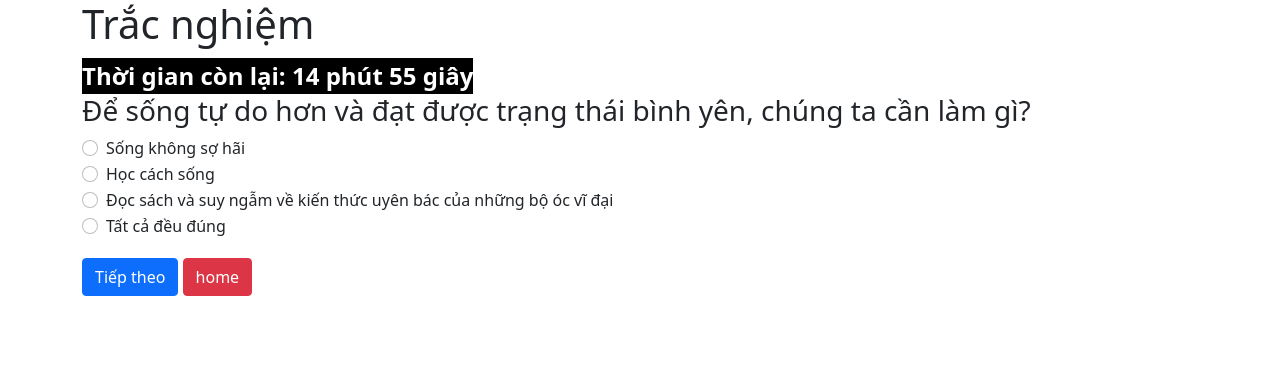
Repository: tran-thien-nhan/quiz_tlln
Page: daily_stoic_quiz.html
These files come from the project's save history. The page is drawn as it stood at one moment and after the next save; the edit follows.
The browser window is 1280 px wide. The pictures show the whole page.

Above is the page before, as saved 2023-06-25 18:47:51.

### daily_stoic_quiz.html
<!DOCTYPE html>
<html lang="en">

<head>
    <meta charset="UTF-8">
    <meta name="viewport" content="width=device-width, initial-scale=1.0">
    <title>Trắc nghiệm</title>
    <link rel="stylesheet" href="https://cdnjs.cloudflare.com/ajax/libs/bootstrap/5.0.2/css/bootstrap.min.css">
    <style>
        .question {
            margin-bottom: 20px;
        }
    </style>
</head>

<body>
    <div class="container">
        <h1>Trắc nghiệm</h1>
        <div id="timeclock"></div>
        <div class="question" id="questionContainer">
            <h3 id="question"></h3>
            <div class="form-check">
                <input class="form-check-input" type="radio" name="answer" id="answer1">
                <label class="form-check-label" for="answer1" id="answerText1"></label>
            </div>
            <div class="form-check">
                <input class="form-check-input" type="radio" name="answer" id="answer2">
                <label class="form-check-label" for="answer2" id="answerText2"></label>
            </div>
            <div class="form-check">
                <input class="form-check-input" type="radio" name="answer" id="answer3">
                <label class="form-check-label" for="answer3" id="answerText3"></label>
            </div>
            <div class="form-check">
                <input class="form-check-input" type="radio" name="answer" id="answer4">
                <label class="form-check-label" for="answer4" id="answerText4"></label>
            </div>
            <span id="result"></span>
        </div>

        <button class="btn btn-primary" id="nextButton">Tiếp theo</button>
        <a href="index.html" class="btn btn-danger" id="home">home</a>
        <span id="score"></span>
    </div>

    <!-- Modal -->
    <div class="modal fade" id="myModal" tabindex="-1" aria-labelledby="exampleModalLabel" aria-hidden="true">
        <div class="modal-dialog">
            <div class="modal-content">
                <div class="modal-header">
                    <h5 class="modal-title" id="exampleModalLabel">Thông báo</h5>
                    <button type="button" class="btn-close" data-bs-dismiss="modal" aria-label="Close"></button>
                </div>
                <div class="modal-body">
                    Bạn có 15 phút để làm trắc nghiệm.
                </div>
            </div>
        </div>
    </div>

    <script src="https://cdnjs.cloudflare.com/ajax/libs/bootstrap/5.0.2/js/bootstrap.bundle.min.js"></script>
    <script>
        // Đọc câu hỏi từ tệp JSON
        fetch("quest_lib.json")
            .then(response => response.json())
            .then(data => {
                const questions = data.questions;

                // Lấy ngẫu nhiên 20 câu hỏi
                const randomQuestions = getRandomElements(questions, 3);

                let currentQuestionIndex = 0;
                let score = 0;
                let timeRemaining = 900; // 15 phút * 60 giây = 900 giây

                const questionContainer = document.getElementById("questionContainer");
                const questionElement = document.getElementById("question");
                const answerTextElements = [
                    document.getElementById("answerText1"),
                    document.getElementById("answerText2"),
                    document.getElementById("answerText3"),
                    document.getElementById("answerText4")
                ];
                const resultElement = document.getElementById("result");
                const nextButton = document.getElementById("nextButton");
                const scoreElement = document.getElementById("score");

                // Cập nhật câu hỏi và câu trả lời
                function updateQuestion() {
                    const question = randomQuestions[currentQuestionIndex];
                    questionElement.textContent = question.question;
                    resultElement.textContent = "";

                    for (let i = 0; i < answerTextElements.length; i++) {
                        answerTextElements[i].textContent = question.choices[i];
                    }
                }

                // Kiểm tra câu trả lời
                function checkAnswer() {
                    const question = randomQuestions[currentQuestionIndex];
                    const selectedAnswer = document.querySelector('input[name="answer"]:checked');

                    if (selectedAnswer) {
                        const selectedAnswerText = selectedAnswer.nextElementSibling.textContent;

                        if (selectedAnswerText === question.correctAnswer) {
                            score += 1;
                            resultElement.textContent = "Đúng";
                            resultElement.style.color = "green";
                        } else {
                            resultElement.textContent = "Sai";
                            resultElement.style.color = "red";
                        }

                        setTimeout(() => {
                            currentQuestionIndex++;

                            if (currentQuestionIndex < randomQuestions.length) {
                                updateQuestion();
                                selectedAnswer.checked = false;
                                nextButton.disabled = true;
                                setTimeout(() => {
                                    nextButton.disabled = false;
                                }, 200);
                            } else {
                                clearInterval(timerInterval);
                                questionContainer.style.display = "none";
                                nextButton.style.display = "none";
                                const finalScore = (score / randomQuestions.length) * 10;
                                scoreElement.textContent = `Tổng điểm: ${finalScore.toFixed(1)}`;
                                scoreElement.style.display = "block";
                                scoreElement.style.fontWeight = "bold";
                                scoreElement.style.color = "red";
                                scoreElement.style.fontSize = "2rem";

                                if (timeRemaining === 0) {
                                    questionContainer.style.display = "none";
                                    nextButton.style.display = "none";
                                } else {
                                    questionContainer.style.display = "none";
                                    nextButton.style.display = "none";
                                    const minutes = Math.floor((15 * 60 - timeRemaining) / 60);
                                    const seconds = (15 * 60 - timeRemaining) % 60;
                                    timerElement.textContent = `Bạn đã làm xong trong: ${minutes} phút ${seconds} giây`;
                                }
                            }
                        }, 200);
                    }
                }

                // Xử lý sự kiện khi nhấn nút "Tiếp theo"
                nextButton.addEventListener("click", () => {
                    checkAnswer();
                });

                // Bắt đầu trắc nghiệm
                updateQuestion();

                // Đồng hồ đếm ngược
                const timerElement = document.createElement("div");
                timerElement.style.fontSize = "24px";
                timerElement.style.fontWeight = "bold";
                timerElement.style.marginTop = "10px";
                timerElement.style.textAlign = "center";
                timerElement.style.color = "white";
                timerElement.style.backgroundColor = "black";
                timerElement.style.width = "fit-content";
                timeclock.appendChild(timerElement);

                const timerInterval = setInterval(() => {
                    timeRemaining--;
                    const minutes = Math.floor(timeRemaining / 60);
                    const seconds = timeRemaining % 60;
                    timerElement.textContent = `Thời gian còn lại: ${minutes} phút ${seconds} giây`;

                    if (timeRemaining === 0) {
                        clearInterval(timerInterval);
                        questionContainer.style.display = "none";
                        nextButton.style.display = "none";
                        const finalScore = (score / randomQuestions.length) * 10;
                        scoreElement.textContent = `Tổng điểm: ${finalScore.toFixed(1)}`;
                        scoreElement.style.display = "block";
                        scoreElement.style.fontWeight = "bold";
                        scoreElement.style.color = "red";
                        scoreElement.style.fontSize = "2rem";
                    }
                }, 1000);

                // Hiển thị modal thông báo
                const modal = new bootstrap.Modal(document.getElementById("myModal"));
                modal.show();

                // Tự động đóng modal sau 3 giây
                setTimeout(() => {
                    modal.hide();
                }, 3000);
            })
            .catch(error => {
                console.error("Error:", error);
            });

        // Hàm lấy ngẫu nhiên các phần tử từ một mảng
        function getRandomElements(array, numElements) {
            const shuffledArray = array.sort(() => Math.random() - 0.5);
            return shuffledArray.slice(0, numElements);
        }
    </script>
</body>

</html>

### quest_lib.json
{
    "questions": [
      {
        "question": "Công việc quan trọng hàng đầu trong đời là gì?",
        "choices": [
          "Nhận diện và phân biệt được những vấn đề",
          "Kiểm soát yếu tố ngoại cảnh",
          "Quyết định cho chính mình",
          "Thay đổi tương lai"
        ],
        "correctAnswer": "Nhận diện và phân biệt được những vấn đề"
      },
      {
        "question": "Theo Epictetus, nhận diện tốt xấu là để nhận diện điều gì?",
        "choices": [
          "Nhận diện tốt xấu của người khác",
          "Nhận diện tốt xấu của yếu tố ngoại cảnh",
          "Nhận diện tốt xấu cho quyết định của chính mình",
          "Nhận diện tốt xấu của tương lai"
        ],
        "correctAnswer": "Nhận diện tốt xấu cho quyết định của chính mình"
      },
      {
        "question": "Công việc quan trọng nhất trong việc thực hành Chủ nghĩa Khắc kỷ là gì?",
        "choices": [
          "Phân biệt những thứ không thể thay đổi và những thứ có thể thay đổi",
          "Chỉ phân biệt những thứ có thể thay đổi",
          "Kiểm soát những thứ nằm ngoài tầm kiểm soát",
          "Thay đổi tương lai"
        ],
        "correctAnswer": "Phân biệt những thứ không thể thay đổi và những thứ có thể thay đổi"
      },
      {
        "question": "Điều gì là không thể thay đổi và không thể kiểm soát?",
        "choices": [
          "Thời tiết, chiều cao",
          "Quốc gia sinh ra, sự thích hợp của người khác",
          "Điều kiện gia đình, tuổi tác",
          "cả 3 điều trên"
        ],
        "correctAnswer": "cả 3 điều trên"
      },
      {
        "question": "Lời nguyện An tĩnh được nhắm đến việc gì?",
        "choices": [
          "Nhận diện được những điều không thể thay đổi",
          "Nhận diện được những điều có thể thay đổi",
          "Nhận diện được hai điều trên",
          "Nhận diện được tương lai"
        ],
        "correctAnswer": "Nhận diện được hai điều trên"
      },
      {
        "question": "Người nghiện ngập ở hiện tại có thể thay đổi được điều gì?",
        "choices": [
          "Quá khứ, lựa chọn của mình",
          "Qúa khứ, tương lai",
          "Tương lai, sức mạnh hiện tại",
          "Quá khứ, hiện tại"
        ],
        "correctAnswer": "Tương lai, sức mạnh hiện tại"
      },
      {
        "question": "Điều gì sẽ xảy ra nếu chúng ta tập trung vào việc xác định những thứ nằm trong và ngoài tầm kiểm soát của bản thân?",
        "choices": [
          "Chúng ta sẽ trở nên hạnh phúc hơn",
          "Chúng ta sẽ có lợi thế hơn so với những người đấu tranh trong vô vọng",
          "Chúng ta sẽ đấu tranh trong vô vọng",
          "Chúng ta sẽ tìm ra sự thay đổi"
        ],
        "correctAnswer": "Chúng ta sẽ có lợi thế hơn so với những người đấu tranh trong vô vọng"
      },
      {
        "question": "Thành quả của việc thực hiện theo lời dạy của epictetus là gì trong GIÁO DỤC LÀ TỰ DO ?",
        "choices": [
          "Sự thanh thản",
          "Lòng dũng cảm",
          "Sự tự do",
          "Tất cả đều đúng"
        ],
        "correctAnswer": "Tất cả đều đúng"
      },
      {
        "question": "Đặt niềm tin vào ai trong việc được giáo dục đúng cách?",
        "choices": [
          "Kẻ tự do",
          "Những người trân quý kiến thức thật sự",
          "Số đông",
          "Tất cả đều sai"
        ],
        "correctAnswer": "Những người trân quý kiến thức thật sự"
      },
      {
        "question": "Để sống tự do hơn và đạt được trạng thái bình yên, chúng ta cần làm gì?",
        "choices": [
          "Sống không sợ hãi",
          "Học cách sống",
          "Đọc sách và suy ngẫm về kiến thức uyên bác của những bộ óc vĩ đại",
          "Tất cả đều đúng"
        ],
        "correctAnswer": "Tất cả đều đúng"
      },
      {
        "question": "Việc tự học và tiếp thu kiến thức được coi như chìa khóa dẫn đến điều gì?",
        "choices": [
          "Tự do",
          "Kiến thức",
          "Sự uyên bác",
          "Trạng thái bình yên"
        ],
        "correctAnswer": "Tự do"
      },
      {
        "question": "Điều gì sẽ xảy ra nếu chúng ta không nhận thức được những gì mình đã đánh mất?",
        "choices": [
          "Chúng ta sẽ sống bình thường",
          "Chúng ta sẽ chết dần chết mòn",
          "Chúng ta sẽ tìm lại được những gì đã mất",
          "Chúng ta sẽ hối tiếc"
        ],
        "correctAnswer": "Chúng ta sẽ chết dần chết mòn"
      },
      {
        "question": "Trước những thứ không quan trọng, chúng ta nên làm gì để lấy lại chút thời gian?",
        "choices": [
          "Nói 'Không'",
          "Tham gia với số đông",
          "Tự hỏi làm sao để kiểm soát kỹ",
          "Hối tiếc về những điều đã làm"
        ],
        "correctAnswer": "Nói 'Không'"
      },
      {
        "question": "Nói 'Không' trước những thứ không quan trọng có thể gây hại đến ai?",
        "choices": [
          "Bản thân chúng ta",
          "Những người khác",
          "Không có ai",
          "Chúng ta sẽ cảm thấy tổn thương"
        ],
        "correctAnswer": "Những người khác"
      },
      {
        "question": "Việc từ chối những thứ không quan trọng cho phép chúng ta có thời gian cho điều gì?",
        "choices": [
          "Những điều thật sự cần thiết",
          "Sống và tận hưởng cuộc sống của chính mình",
          "Cuộc sống bình thường",
          "Đạt được thành công"
        ],
        "correctAnswer": "Sống và tận hưởng cuộc sống của chính mình"
      },
      {
        "question": "Ba nguyên tắc quan trọng nhất trong triết lý Khắc kỷ là gì?",
        "choices": [
          "Nhận thức, hành động, ý chí",
          "Chắc chắn, hành động, biết ơn",
          "Kiểm soát nhận thức, hành động đúng đắn, sẵn lòng chấp nhận",
          "Kiểm soát, hành động, triết lý"
        ],
        "correctAnswer": "Kiểm soát nhận thức, hành động đúng đắn, sẵn lòng chấp nhận"
      },
      {
        "question": "Theo triết lý Khắc kỷ, điều gì là thiết yếu trong việc kiểm soát nhận thức của bạn?",
        "choices": [
          "Niềm tin độc đáo của các nhà Khắc kỷ",
          "Triết lý của Heraclitus và Zeno",
          "Sự phán xét ở thời điểm hiện tại",
          "Ý chí và ý thức của bản thân"
        ],
        "correctAnswer": "Sự phán xét ở thời điểm hiện tại"
      },
      {
        "question": "Hành động một cách đúng đắn là một trong ba phần thiết yếu của triết lý Khắc kỷ. Điều gì được ám chỉ bởi việc hành động đúng đắn?",
        "choices": [
          "Tìm hiểu về Heraclitus và Zeno",
          "Đạt được sự phán xét chắc chắn",
          "Hành động vì lợi ích chung trong thời điểm hiện tại",
          "Thể hiện triết lý của các nhà Khắc kỷ"
        ],
        "correctAnswer": "Hành động vì lợi ích chung trong thời điểm hiện tại"
      },
      {
        "question": "Điều gì là sự chuẩn bị tinh thần quan trọng để chấp nhận những gì ngoài tầm kiểm soát của bạn?",
        "choices": [
          "Sự biết ơn với mọi điều bạn đã nhận được",
          "Sự tận hưởng cuộc sống hàng ngày",
          "Ý chí và ý thức của bản thân",
          "Sự phán xét ở thời điểm hiện tại"
        ],
        "correctAnswer": "Sự biết ơn với mọi điều bạn đã nhận được"
      },
      {
        "question": "Bạn đến sân bay muộn và chuyến bay của bạn đã cất cánh. Bạn rất tức giận vì đã bỏ lỡ chuyến bay. Bạn nên làm gì?",
        "choices": [
          "Gào thét vào mặt nhân viên đại diện của hãng hàng không",
          "Ngồi lại và suy nghĩ về những điều bạn có thể kiểm soát",
          "Hủy bỏ hành trình và trở về nhà",
          "Buồn bã và căng thẳng trong suốt cả ngày"
        ],
        "correctAnswer": "Ngồi lại và suy nghĩ về những điều bạn có thể kiểm soát"
      },
      {
        "question": "Bạn muốn thay đổi chiều cao của mình và nước sống ở một đất nước khác. Bạn nên làm gì?",
        "choices": [
          "Cố gắng ước mơ và thay đổi chiều cao của mình",
          "Đau khổ vì không thể thay đổi điều đó",
          "Tìm hiểu về các phương pháp tăng chiều cao và di cư",
          "Chấp nhận chiều cao của mình và tận hưởng cuộc sống hiện tại"
        ],
        "correctAnswer": "Chấp nhận chiều cao của mình và tận hưởng cuộc sống hiện tại"
      },
      {
        "question": "Bạn muốn có một người bạn đồng hành và thích bạn. Bạn nên làm gì?",
        "choices": [
          "Cố gắng làm cho người đó thích bạn",
          "Đau khổ vì không thể khiến người đó thích bạn",
          "Tự thay đổi và cải thiện bản thân để thu hút người khác",
          "Chấp nhận sự thật rằng không thể khiến một người thích mình"
        ],
        "correctAnswer": "Tự thay đổi và cải thiện bản thân để thu hút người khác"
      },
      {
        "question": "Bạn đã trải qua quá khứ đau khổ và gặp rắc rối trong cuộc sống. Bạn nên làm gì?",
        "choices": [
          "Mắc kẹt trong quá khứ và không thể thay đổi điều đó",
          "Ngồi lại suy nghĩ về quá khứ và phàn nàn",
          "Chấp nhận quá khứ và tập trung vào tương lai",
          "Buồn bã và cảm thấy vô vọng"
        ],
        "correctAnswer": "Chấp nhận quá khứ và tập trung vào tương lai"
      },
      {
        "question": "Theo ý kiến của Seneca, điều gì là nguyên nhân khiến con người trở nên điên dại?",
        "choices": [
          "Quan điểm sai lệch về những thứ mà họ hướng tới",
          "Sự việc mà họ muốn đạt được",
          "Không có kế hoạch từ đầu đến cuối",
          "Tâm trạng chán nản"
        ],
        "correctAnswer": "Quan điểm sai lệch về những thứ mà họ hướng tới"
      },
      {
        "question": "Theo Robert Greene, việc lập kế hoạch từ đầu đến cuối có tác dụng gì?",
        "choices": [
          "Tránh choáng ngợp bởi hoàn cảnh",
          "Đạt được kết quả tốt nhất",
          "Đảm bảo sự thành công",
          "Hạn chế thất bại"
        ],
        "correctAnswer": "Tránh choáng ngợp bởi hoàn cảnh"
      },
      {
        "question": "Thói quen thứ hai trong 7 Thói quen của người thành đạt là gì?",
        "choices": [
          "Bắt đầu với một cái kết trong tâm trí",
          "Lập kế hoạch chi tiết từ đầu đến cuối",
          "Hình dung ra cái kết trong đầu",
          "Đặt mục tiêu cụ thể"
        ],
        "correctAnswer": "Bắt đầu với một cái kết trong tâm trí"
      },
      {
        "question": "Theo nhà Khắc kỷ, sự lạc lối và hỗn loạn trong hành vi xảy ra khi?",
        "choices": [
          "Không có những nỗ lực hướng vào nguyên nhân và mục đích",
          "Quá tập trung vào kế hoạch từ đầu đến cuối",
          "Chịu trách nhiệm với những xao nhãng trong tâm hồn",
          "Không biết khi nào nói có và khi nào nói không"
        ],
        "correctAnswer": "Không có những nỗ lực hướng vào nguyên nhân và mục đích"
      },
      {
        "question": "khi mất đi sự định nghĩa, con người có thể bị lạc lối vào phương hướng nào?",
        "choices": [
          "Phương hướng vô định",
          "Phương hướng cụ thể",
          "Phương hướng chính xác",
          "Phương hướng sáng suốt"
        ],
        "correctAnswer": "Phương hướng vô định"
      }
    ]
  }

After the next save:
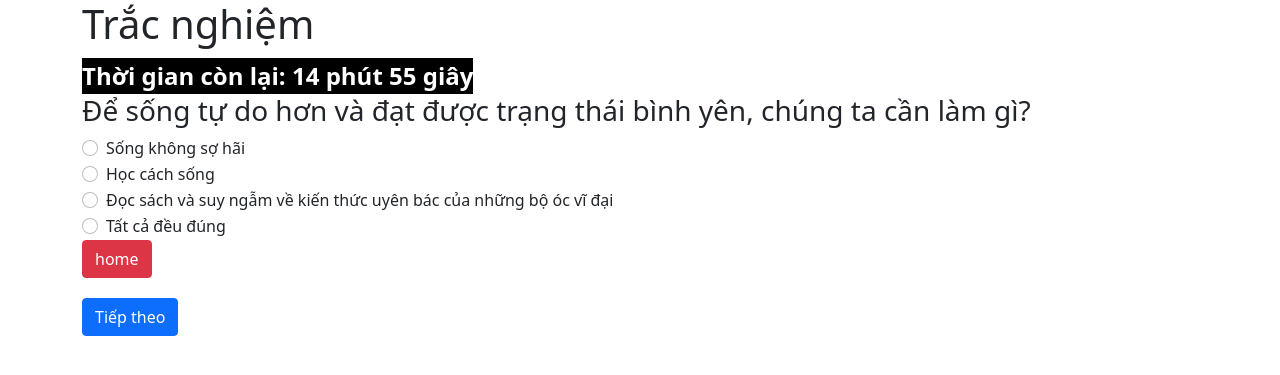
Saved 73 s later.
--- a/daily_stoic_quiz.html
+++ b/daily_stoic_quiz.html
@@ -36,10 +36,10 @@
                 <label class="form-check-label" for="answer4" id="answerText4"></label>
             </div>
             <span id="result"></span>
+            <a href="index.html" class="btn btn-danger" id="home">home</a>
         </div>
 
         <button class="btn btn-primary" id="nextButton">Tiếp theo</button>
-        <a href="index.html" class="btn btn-danger" id="home">home</a>
         <span id="score"></span>
     </div>
 

After the save that followed:
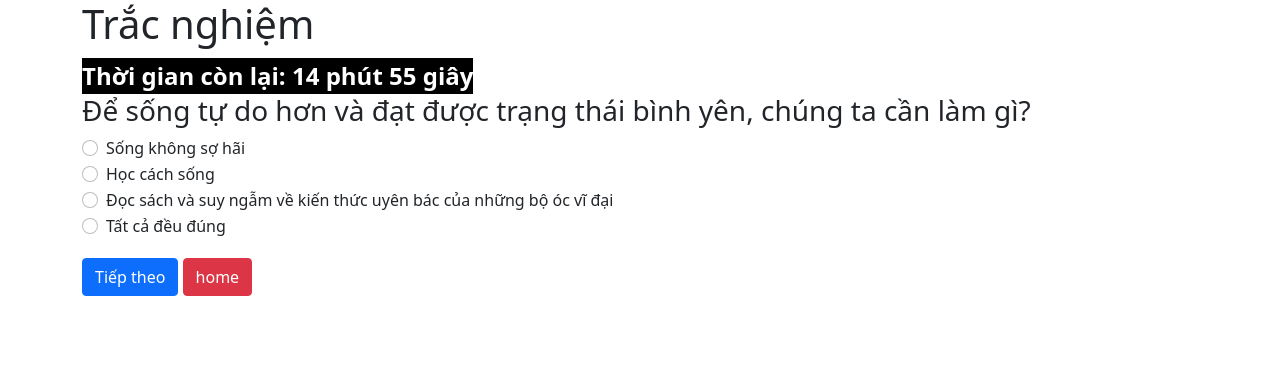
Saved 16 s later.
--- a/daily_stoic_quiz.html
+++ b/daily_stoic_quiz.html
@@ -36,11 +36,11 @@
                 <label class="form-check-label" for="answer4" id="answerText4"></label>
             </div>
             <span id="result"></span>
-            <a href="index.html" class="btn btn-danger" id="home">home</a>
         </div>
 
         <button class="btn btn-primary" id="nextButton">Tiếp theo</button>
         <span id="score"></span>
+        <a href="index.html" class="btn btn-danger" id="home">home</a>
     </div>
 
     <!-- Modal -->
